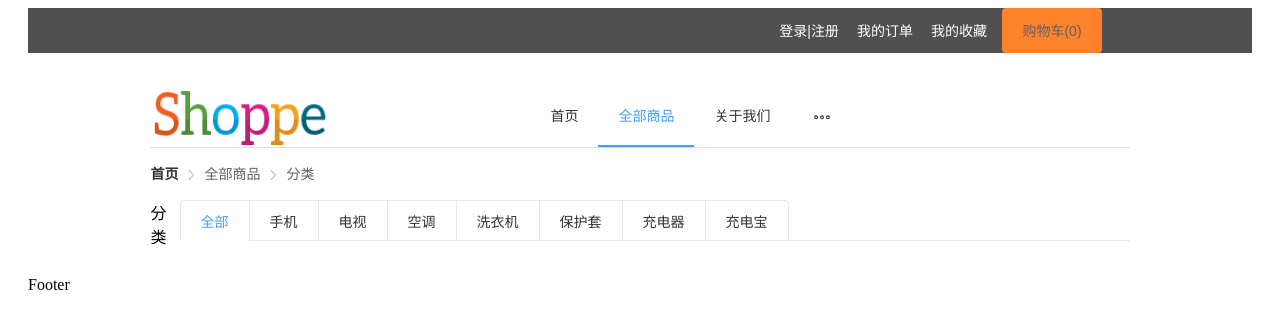
Repository: zhenghaochang/---
Page: /#/allGoods (app in xiaomi/)
The author's editor kept a copy of each file at every save. The page is drawn from the files as they stood at one save, then again after the next save.
The browser window is 1280 px wide. The pictures show the whole page.
The project was rebuilt for these pictures with package versions that can differ from the ones it lists, and the page was loaded fresh each time. Also part of the build but not shown: xiaomi/vite.config.js.

Above is the page before, as saved 2025-08-01 15:21:40.

### xiaomi/src/main.js
import { createApp } from 'vue';
import ElementPlus from 'element-plus';
import 'element-plus/dist/index.css';
import router from './router/router';
import App from './App.vue';
import * as ElementPlusIconsVue from '@element-plus/icons-vue';
import { createPinia } from 'pinia';
import piniaPluginPersistedstate from 'pinia-plugin-persistedstate'
const app = createApp(App);
const pinia = createPinia();
pinia.use(piniaPluginPersistedstate)
app.use(pinia);
for (const [key, component] of Object.entries(ElementPlusIconsVue)) {
    app.component(key, component);
}
app.use(router);
app.use(ElementPlus);
app.mount('#app');

### xiaomi/src/router/router.js
import {createRouter,createWebHashHistory} from 'vue-router'

let router = createRouter({
    history:createWebHashHistory(),
    routes:[
        {
            path:"/",
            component:()=>import('../components/main.vue'),
            redirect:"/home",
            children:[
                {
                    path:"/home",
                    component:() => import('../view/home.vue')
                },
                {
                    path:"/allGoods",
                    component:() => import('../view/allGoods.vue')
                }
            ]
        }
    ]
})

export default router

### xiaomi/src/App.vue
<script setup>
import Menu from '../src/components/menu.vue'


</script>

<template>
    <div>
        <el-container>
            <el-header class="header"><Menu></Menu></el-header>
            <el-main class="main"><router-view></router-view></el-main>
            <el-footer>Footer</el-footer>
        </el-container>
    </div>
</template>

<style scoped>
.header{
/*     background-color: blue; */
    width:100%
}
/* .main{
    background-color: blue;
    width: 100%;
    display:flex;
    flex-direction: column;
    justify-content: center;
} */
</style>

### xiaomi/src/components/main.vue
<script setup>
import logo from '../assets/img/logo.png'
import { Search } from '@element-plus/icons-vue'
import {useRoute,useRouter} from 'vue-router'

const router = useRouter()
const route = useRoute()

</script>

<template>
    <div class="base_div">
        <!-- 菜单div -->
        <div style="width:80%;margin-bottom:20px">
            <el-menu
                :default-active="route.path"
                class="menu"
                mode="horizontal"
                @select="handleSelect"
                router
            >
                <div>
                    <img style="width:180px;height:60px;margin-right:200px" :src="logo" alt="">
                </div>
                <el-menu-item index="/home">首页</el-menu-item>
                <el-menu-item index="/allGoods">全部商品</el-menu-item>
                <el-menu-item index="/aboutUs">关于我们</el-menu-item>
                <div>
                    <el-input
                        v-model="input3"
                        style="margin-left:200px;width:250px"
                        placeholder="请输入商品名称"
                        class="input-with-select"
                    >
                        <template #append>
                            <el-button :icon="Search" />
                        </template>
                    </el-input>
                </div>
            </el-menu>
        </div>
        <!-- 菜单div END -->
        <!-- 主体div -->
        <div style="width:100%">
            <router-view></router-view>
        </div>
    </div>
</template>

<style scoped>
.base_div{
    width: 100%;
    display:flex;
    flex-direction: column;
    align-items:center;
}
.menu{
    display:flex;
    align-items: center;
}
</style>

### xiaomi/src/view/allGoods.vue
<script setup>
import { ArrowRight } from '@element-plus/icons-vue'
import {ref} from 'vue'


const activeName = ref('0')

</script>

<template>
    <div class="base_div">
        <!-- 面包屑 -->
        <div style="width:80%">
            <el-breadcrumb :separator-icon="ArrowRight">
                <el-breadcrumb-item :to="{ path: '/home' }">首页</el-breadcrumb-item>
                <el-breadcrumb-item>全部商品</el-breadcrumb-item>
                <el-breadcrumb-item>分类</el-breadcrumb-item>
            </el-breadcrumb>
        </div>
        <!-- 面包屑END -->
        <br>
        <!-- 分类标签 -->
        <div style="width:80%;display:flex;">
            <div style="width:30px">分类</div>
            <el-tabs
                v-model="activeName"
                type="card"
                style="width:100%;display:flex"
                @tab-click="handleClick"
            >

                <el-tab-pane label="全部" name="0"></el-tab-pane>
                <el-tab-pane label="手机" name="1"></el-tab-pane>
                <el-tab-pane label="电视" name="2"></el-tab-pane>
                <el-tab-pane label="空调" name="3"></el-tab-pane>
                <el-tab-pane label="洗衣机" name="4"></el-tab-pane>
                <el-tab-pane label="保护套" name="5"></el-tab-pane>
                <el-tab-pane label="充电器" name="6"></el-tab-pane>
                <el-tab-pane label="充电宝" name="7"></el-tab-pane>
            </el-tabs>
        </div>
        <!-- 分类标签END -->
    </div>
</template>

<style scoped>
.base_div{
    width: 100%;
    display: flex;
    justify-content: center;
}
</style>

### xiaomi/src/components/menu.vue
<script setup>
import {ref,reactive} from 'vue'
import request from '../request/index'
import { ElMessage } from 'element-plus'
import {useUserStore} from '../store/index'


const store = useUserStore()


const loginVisible = ref(false)
const registVisible = ref(false)

const loginForm = ref({
    username:'',
    password:''
})

const registForm = ref({
    username:'',
    password:'',
    rePassword:'',
    name:''
})

const user = ref({
    id:0,
    username:'',
    name:'',
    numInCart:0,
    token:''
})

const loginFormRef = ref()
const registFormRef = ref()

const validateUsername = (rule,value,callback)=>{
    if(value.length==0){
      callback(new Error("用户名不能为空"))
    }else{
      callback()
    }
  }

  const validatePassword = (rule,value,callback)=>{
    if(value.length<4){
      callback(new Error("密码小于4位"))
    }else{
      callback()
    }
  }

  const validateRePassword = (rule,value,callback)=>{
    if(value.length<4){
      callback(new Error("密码小于4位"))
    }else{
      if(value != registForm.value.password){
        callback(new Error("密码不一致"))
      }else{
        callback()
      }
    }
  }

  const rules = {
    username:[{required:true,message:'用户名不能为空',validator:validateUsername}],
    password:[{required:true,message:'密码必须大于4位',validator:validatePassword}],
    rePassword:[{required:true,validator:validateRePassword}]
  }


async function login(){
    const valid = await loginFormRef.value.validate
    if(valid){
        let {data} = await request.post("/user/login",loginForm.value)
        if(data.code == 200){
            ElMessage.success('登录成功')
            user.value = data.data
            store.changeInfo(user.value)
            loginVisible.value = false
        }else{
            ElMessage.error(data.msg)
        }
    }
}

async function regist(){
    const valid = await registFormRef.value.validate
    if(valid){
        let {data} = await request.post("/user/regist",registForm.value)
        if(data.code == 200){
            ElMessage.success('注册成功')
            registVisible.value = false
            loginVisible.value = true
        }else{
            ElMessage.error(data.msg)
        }
    }
}

</script>

<template>
    <div class="base_div">
        <el-button color="rgb(80,80,80)" @click="loginVisible = true" v-if="store.id==0" link>登录|注册</el-button>
        <div style="display:flex;align-items:center;margin-right:10px" v-else>
            <el-button color="rgb(80,80,80)" link>欢迎{{store.name}}</el-button>
            <el-button color="rgb(80,80,80)" @click="()=>{store.logout(),ElMessage.success('已退出')}" link>退出登录</el-button>
        </div>
        <el-button color="rgb(80,80,80)" link>我的订单</el-button>
        <el-button color="rgb(80,80,80)" link>我的收藏</el-button>
        <el-button  style="background-color:rgb(255,130, 45);margin-right:150px;width:100px"  link>购物车({{store.numInCart}})</el-button>

        <!-- 登录窗口 -->
        <el-dialog v-model="loginVisible"  title="登录" width="300">
            <el-form :model="loginForm" ref="loginFormRef" :rules="rules">
                <el-form-item label="用户名" prop="username" :label-width="70">
                    <el-input v-model="loginForm.username" autocomplete="off" />
                </el-form-item>
                <el-form-item label="密码" prop="password" :label-width="70">
                    <el-input v-model="loginForm.password" autocomplete="off" type="password" show-password />
                </el-form-item>
            </el-form>
            <template #footer>
                <div style="display:flex;justify-content:space-between;align-items:center">
                    <el-button type="warning" @click="registVisible = true">注册</el-button>
                    <div>
                        <el-button @click="loginVisible = false">取消</el-button>
                        <el-button type="primary" @click="login">
                        登录
                        </el-button>
                    </div>

                </div>
            </template>
        </el-dialog>
        <!-- 登录窗口END -->
        <!-- 注册窗口 -->
        <el-dialog v-model="registVisible"  title="注册" width="350">
            <el-form :model="registForm" ref="registFormRef" :rules="rules">
                <el-form-item label="用户名" prop="username" :label-width="80">
                    <el-input v-model="registForm.username" autocomplete="off" />
                </el-form-item>
                <el-form-item label="密码" prop="password" :label-width="80">
                    <el-input v-model="registForm.password" autocomplete="off" type="password" show-password />
                </el-form-item>
                <el-form-item label="确认密码" prop="rePassword" :label-width="80">
                    <el-input v-model="registForm.rePassword" autocomplete="off" type="password" show-password />
                </el-form-item>
                <el-form-item label="姓名"  :label-width="80">
                    <el-input v-model="registForm.name" autocomplete="off"  />
                </el-form-item>
            </el-form>
            <template #footer>
                <div style="">
                    <div>
                        <el-button @click="registVisible = false">取消</el-button>
                        <el-button type="primary" @click="regist">
                        注册
                        </el-button>
                    </div>

                </div>
            </template>
        </el-dialog>
        <!-- 注册窗口END -->
    </div>
</template>

<style scoped>
.base_div{
    background-color:rgb(80,80,80);
    width:100%;
    height:45px;
    display: flex;
    justify-content:flex-end;
}
</style>

### xiaomi/src/request/index.js
import axios from 'axios'


const request = axios.create({
    baseURL:'http://localhost:8080',
    timeout:10000
})









export default request

### xiaomi/src/store/index.js
import {defineStore} from 'pinia'

const user = {
    id:0,
    username:'',
    name:'',
    numInCart:0,
    token:''
}

export const useUserStore = defineStore('userInfo',{
    state:()=>({
        id:0,
        username:'',
        name:'',
        numInCart:0,
        token:''
    }),
    getters:{},
    actions:{
        changeInfo(user){
            this.id = user.id,
            this.username = user.username,
            this.name = user.name,
            this.numInCart = user.numInCart,
            this.token = user.token
        },
        logout(){
            this.id = 0,
            this.username = '',
            this.name = '',
            this.numInCart = 0,
            this.token = ''
        }
    },
    persist: true
}
)

Loaded but not shown: xiaomi/index.html (common file)

After the next save:
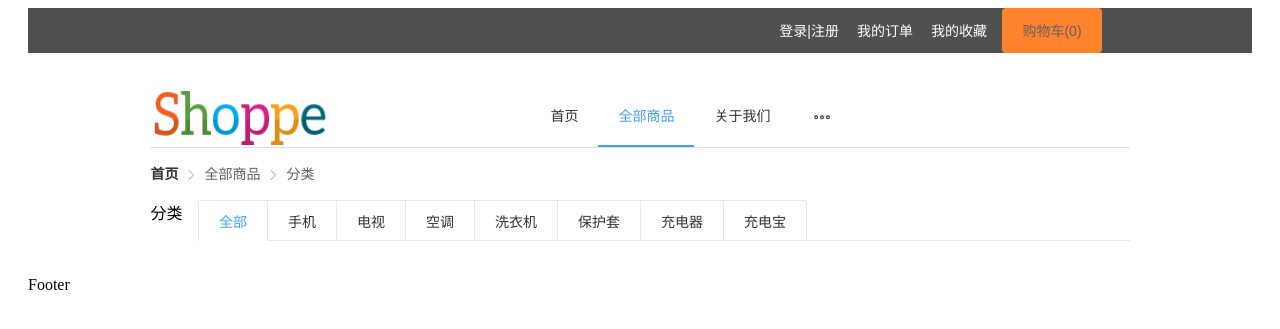
Saved 4 s later.
--- a/xiaomi/src/view/allGoods.vue
+++ b/xiaomi/src/view/allGoods.vue
@@ -21,7 +21,7 @@ const activeName = ref('0')
         <br>
         <!-- 分类标签 -->
         <div style="width:80%;display:flex;">
-            <div style="width:30px">分类</div>
+            <div style="width:50px">分类</div>
             <el-tabs
                 v-model="activeName"
                 type="card"
